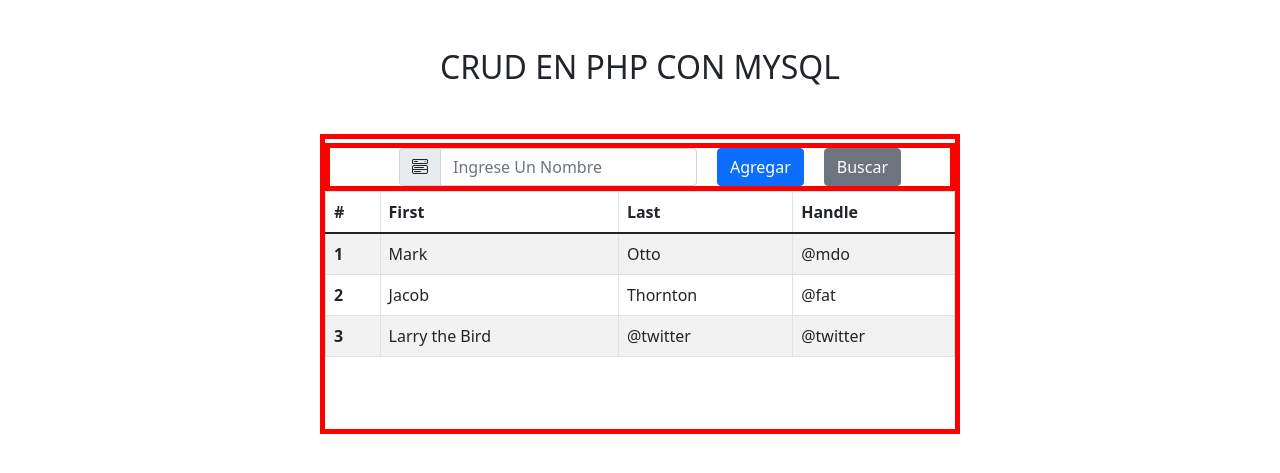
Repository: nder1996/CRUD_SENCILLO
Page: http://localhost/
These files come from the project's save history. The page is drawn as it stood at one moment and after the next save; the edit follows.
The browser window is 1280 px wide. The pictures show the whole page.
The page is run by PHP 8.4 with error messages shown; the project is at /var/www/html/.

Above is the page before, as saved 2021-10-04 20:09:20.

### CRUD - SILENCIADO/index.php
<!DOCTYPE html>
<html lang="en">
<head>
    <meta charset="UTF-8">
    <meta http-equiv="X-UA-Compatible" content="IE=edge">
    <meta name="viewport" content="width=device-width, initial-scale=1.0">
    <title>CRUD PHP</title>
    <link href="https://cdn.jsdelivr.net/npm/bootstrap@5.1.1/dist/css/bootstrap.min.css" rel="stylesheet" integrity="sha384-F3w7mX95PdgyTmZZMECAngseQB83DfGTowi0iMjiWaeVhAn4FJkqJByhZMI3AhiU" crossorigin="anonymous">
    <link rel="stylesheet" href="css/estilos.css">
    <link rel="stylesheet" href="https://cdnjs.cloudflare.com/ajax/libs/bootstrap-icons/1.5.0/font/bootstrap-icons.min.css" integrity="sha512-xnP2tOaCJnzp2d2IqKFcxuOiVCbuessxM6wuiolT9eeEJCyy0Vhcwa4zQvdrZNVqlqaxXhHqsSV1Ww7T2jSCUQ==" crossorigin="anonymous" referrerpolicy="no-referrer" />
</head>
<body>
    <h2 class="text-center mt-5">CRUD EN PHP CON MYSQL</h2>
    <div class="contenedor mt-5">
            <div class="input_button mt-1 d-flex justify-content-center">
                <section class="">
                    <label class="visually-hidden" for="inlineFormInputGroupUsername">Username</label>
                    <div class="input-group">
                      <div class="input-group-text"><i class="bi bi-menu-button-wide"></i></div>
                      <input type="text" class="form-control" id="inlineFormInputGroupUsername" placeholder="Ingrese Un Nombre">
                    </div>
                </section>
                <section>
                    <button type="button" class="btn btn-primary">Agregar</button>
                </section>
                <section>
                    <button type="button" class="btn btn-secondary">Buscar</button>
                </section>
            </div>
            <table class="table table-bordered table-striped">
                <thead>
                    <tr>
                      <th scope="col">#</th>
                      <th scope="col">First</th>
                      <th scope="col">Last</th>
                      <th scope="col">Handle</th>
                    </tr>
                  </thead>
                  <tbody>
                    <tr>
                      <th scope="row">1</th>
                      <td>Mark</td>
                      <td>Otto</td>
                      <td>@mdo</td>
                    </tr>
                    <tr>
                      <th scope="row">2</th>
                      <td>Jacob</td>
                      <td>Thornton</td>
                      <td>@fat</td>
                    </tr>
                    <tr>
                      <th scope="row">3</th>
                      <td>Larry the Bird</td>
                      <td>@twitter</td>
                      <td>@twitter</td>
                    </tr>
                  </tbody>
              </table>
    </div>
    <script src="https://cdn.jsdelivr.net/npm/bootstrap@5.1.1/dist/js/bootstrap.bundle.min.js" integrity="sha384-/bQdsTh/da6pkI1MST/rWKFNjaCP5gBSY4sEBT38Q/9RBh9AH40zEOg7Hlq2THRZ" crossorigin="anonymous"></script>
</body>
</html>

### CRUD - SILENCIADO/css/estilos.css
.contenedor{
    border:5px solid red;
    width: 50%;
    height: 300px;
    margin: auto;
}

.input_button{
    border:5px solid red;
}

.input_button section{
    margin-left: 20px;
}

After the next save:
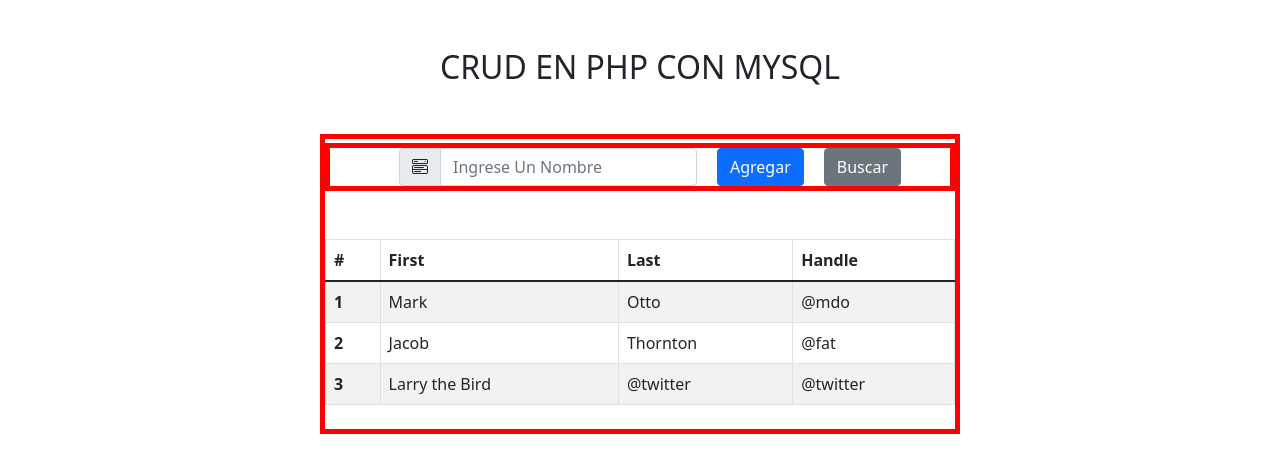
Saved 16 s later.
--- a/CRUD - SILENCIADO/index.php
+++ b/CRUD - SILENCIADO/index.php
@@ -27,7 +27,7 @@
                     <button type="button" class="btn btn-secondary">Buscar</button>
                 </section>
             </div>
-            <table class="table table-bordered table-striped">
+            <table class="table mt-5 table-bordered table-striped">
                 <thead>
                     <tr>
                       <th scope="col">#</th>
